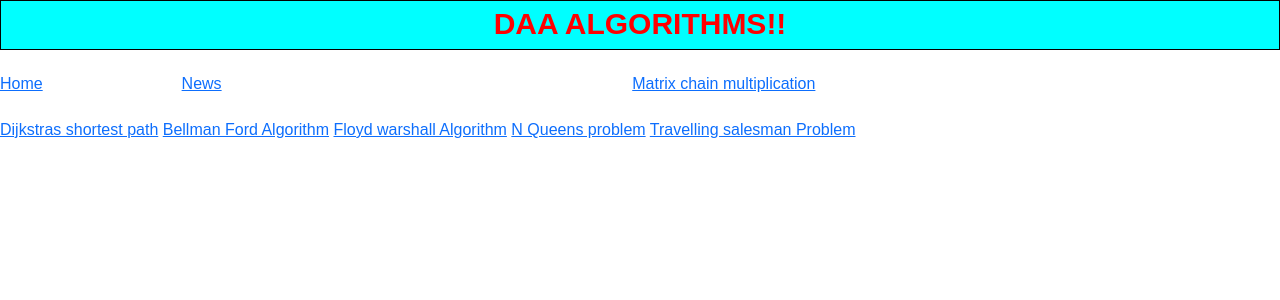
Repository: vinaybabu3962/ALGORITHMIC-TOOLBOX
Page: DAA_WT/webapp/index.html
These files come from the project's save history. The page is drawn as it stood at one moment and after the next save; the edit follows.
The browser window is 1280 px wide. The pictures show the whole page.

Above is the page before, as saved 2021-07-06 14:05:48.

### DAA_WT/webapp/index.html
<!DOCTYPE html>
<html>
<head>
<meta charset="ISO-8859-1">
<title>Main Page</title>
<link rel="stylesheet" href="https://cdn.jsdelivr.net/npm/bootstrap@5.0.2/dist/css/bootstrap.min.css" integrity="sha384-EVSTQN3/azprG1Anm3QDgpJLIm9Nao0Yz1ztcQTwFspd3yD65VohhpuuCOmLASjC" crossorigin="anonymous">
<script src="https://cdn.jsdelivr.net/npm/bootstrap@5.0.2/dist/js/bootstrap.min.js" integrity="sha384-cVKIPhGWiC2Al4u+LWgxfKTRIcfu0JTxR+EQDz/bgldoEyl4H0zUF0QKbrJ0EcQF" crossorigin="anonymous"></script>
<script src="https://cdn.jsdelivr.net/npm/bootstrap@5.0.2/dist/js/bootstrap.bundle.min.js" integrity="sha384-MrcW6ZMFYlzcLA8Nl+NtUVF0sA7MsXsP1UyJoMp4YLEuNSfAP+JcXn/tWtIaxVXM" crossorigin="anonymous"></script>
<meta name="viewport" content="width=device-width, initial-scale=1">
<link rel="stylesheet" href="https://cdnjs.cloudflare.com/ajax/libs/font-awesome/4.7.0/css/font-awesome.min.css">
<style>
body {
  margin: 0;
  font-family: Arial, Helvetica, sans-serif;
}

.topnav {
  overflow: hidden;
  background-color: #333;
}

.topnav a {
  float: left;
  color: #f2f2f2;
  text-align: center;
  padding: 14px 16px;
  text-decoration: none;
  font-size: 17px;
}

.topnav a:hover {
  background-color: #ddd;
  color: black;
}

.topnav a.active {
  background-color: #04AA6D;
  color: white;
}
.dropdown {
  float: left;
  overflow: hidden;
}

.dropdown .dropbtn {
  font-size: 16px;
  border: none;
  outline: none;
  color: white;
  padding: 14px 16px;
  background-color: inherit;
  font-family: inherit;
  margin: 0;
}

.navbar a:hover, .dropdown:hover .dropbtn {
  background-color: red;
}

.dropdown-content {
  display: none;
  position: absolute;
  background-color: #f9f9f9;
  min-width: 160px;
  box-shadow: 0px 8px 16px 0px rgba(0,0,0,0.2);
  z-index: 1;
}

.dropdown-content a {
  float: none;
  color: black;
  padding: 12px 16px;
  text-decoration: none;
  display: block;
  text-align: left;
}

.dropdown-content a:hover {
  background-color: #ddd;
}

.dropdown:hover .dropdown-content {
  display: block;
}
</style>
</head>
<body>
<div class="header" style="color:red;font-weight:bold;font-size:30px;border:1px solid black;background-color:cyan;height:50px;text-align:center;">
	DAA ALGORITHMS!!
</div>
<div class="navbar">
  <a href="#home">Home</a>
  <a href="#news">News</a>
  <div class="dropdown">
    <button class="dropbtn">KNAPSACK
      <i class="fa fa-caret-down"></i>
    </button>
    <div class="dropdown-content">
				<a href="GreedyKnapsack.html">Greedy Knapsack</a>
  				<a href="KnapSackDP.html">Knapsack using DP</a>
    </div>
  </div>
  <a href="MatrixChainMultiplication.html">Matrix chain multiplication</a>
  <div class="dropdown">
    <button class="dropbtn">SHORTEST DISTANCE ALGORITHMS
      <i class="fa fa-caret-down"></i>
    </button>
    <div class="dropdown-content">
				<a href="GreedyKnapsack.html">Greedy Knapsack</a>
  				<a href="KnapSackDP.html">Knapsack using DP</a>
    </div>
  </div>
</div>





  <a href="Dijkstras.html">Dijkstras shortest path</a>
  <a href="BellmanFord.html">Bellman Ford Algorithm</a>
  <a href="FloydWarshall.html">Floyd warshall  Algorithm</a>
  <a href="NQueens.html">N Queens problem</a>
  <a href="Tsp.html">Travelling salesman Problem</a>
</div>
</body>
</html>

After the next save:
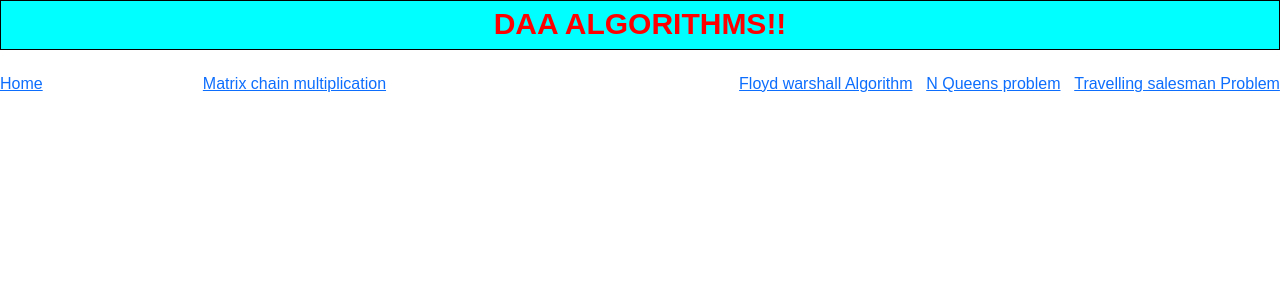
Saved 51 s later.
--- a/DAA_WT/webapp/index.html
+++ b/DAA_WT/webapp/index.html
@@ -90,7 +90,7 @@ body {
 </div>
 <div class="navbar">
   <a href="#home">Home</a>
-  <a href="#news">News</a>
+
   <div class="dropdown">
     <button class="dropbtn">KNAPSACK
       <i class="fa fa-caret-down"></i>
@@ -106,21 +106,21 @@ body {
       <i class="fa fa-caret-down"></i>
     </button>
     <div class="dropdown-content">
-				<a href="GreedyKnapsack.html">Greedy Knapsack</a>
-  				<a href="KnapSackDP.html">Knapsack using DP</a>
+			  <a href="Dijkstras.html">Dijkstras shortest path</a>
+  				<a href="BellmanFord.html">Bellman Ford Algorithm</a>
     </div>
   </div>
+  <a href="FloydWarshall.html">Floyd warshall  Algorithm</a>
+  <a href="NQueens.html">N Queens problem</a>
+  <a href="Tsp.html">Travelling salesman Problem</a>
 </div>
 
 
 
 
 
-  <a href="Dijkstras.html">Dijkstras shortest path</a>
-  <a href="BellmanFord.html">Bellman Ford Algorithm</a>
-  <a href="FloydWarshall.html">Floyd warshall  Algorithm</a>
-  <a href="NQueens.html">N Queens problem</a>
-  <a href="Tsp.html">Travelling salesman Problem</a>
+
+
 </div>
 </body>
 </html>
